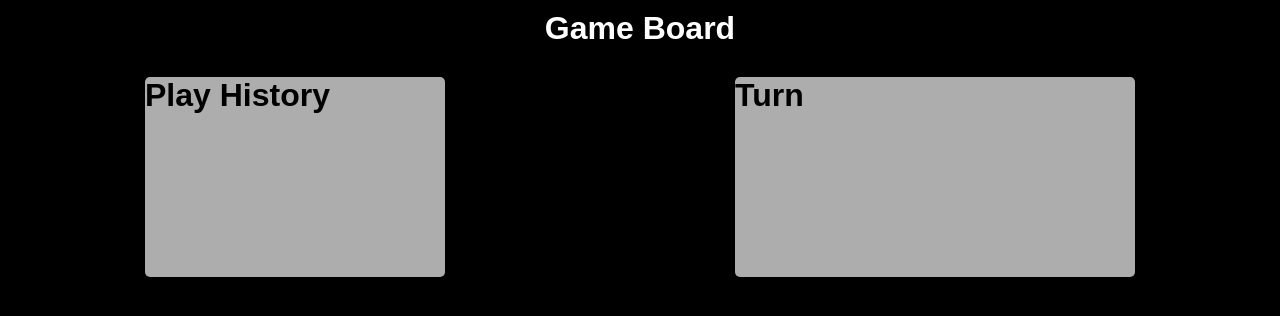
Repository: programmer686/Mastermind-with-Next.js
Page: /, after clicking the first element matching `button.StartScreen_51d34_startscreen__play_button`
These files come from the project's save history. The page is drawn as it stood at one moment and after the next save; the edit follows.
The browser window is 1280 px wide. The pictures show the whole page.
The project was rebuilt for these pictures with package versions that can differ from the ones it lists, and the page was loaded fresh each time. The framework's server and built-in components were replaced by stand-ins that run in the browser. Also part of the build but not shown: next.config.js, src/styles/StartScreen.module.css.

Above is the page before, as saved 2023-07-15 19:26:35.

After the next save:
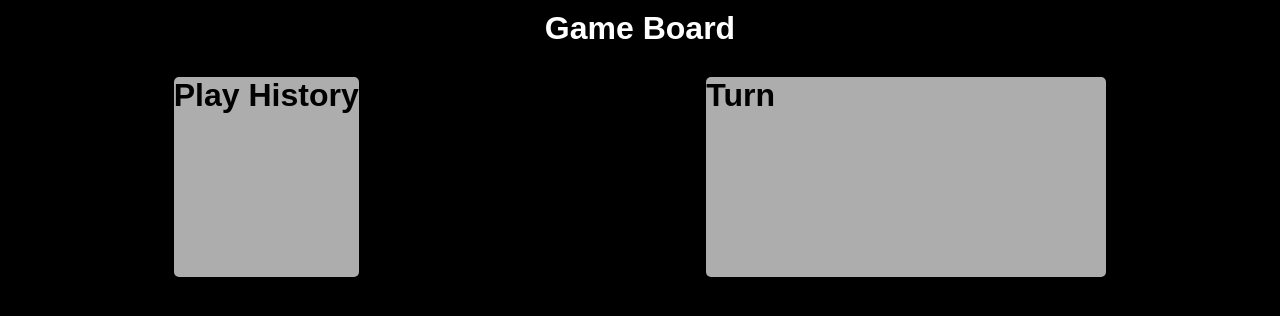
Saved 23 s later.
--- a/src/styles/PastPlay.module.css
+++ b/src/styles/PastPlay.module.css
@@ -1,5 +1,5 @@
 .PastPlay__board {
-    width: 300px;
+    max-width: 300px;
     border-radius: 5px;
 
     min-height: 200px;
